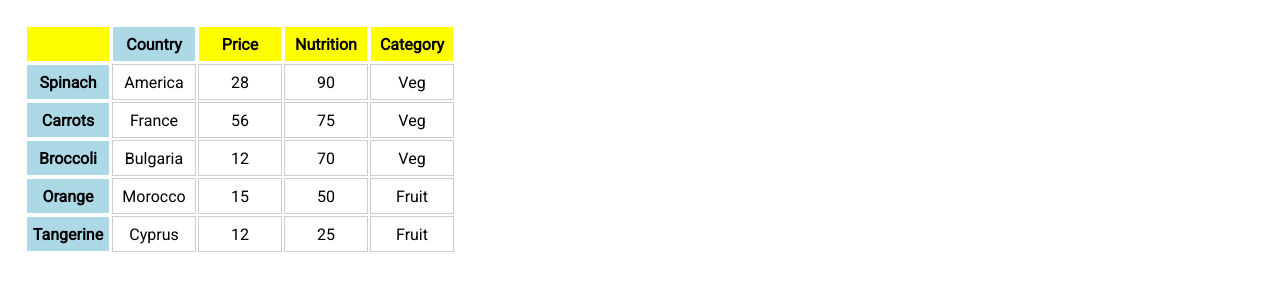
Repository: grisselfaura/table-jQuery-code-
Page: table2-challenge.html
The author's editor kept a record of every edit. The page is drawn from the files as they stood at one moment, then again after the next edit.
The browser window is 1280 px wide. The pictures show the whole page.
After loading, the first visible `th.selector` was clicked once.
Some web libraries are served in a nearby version.

Above is the page before.
Console error: TypeError: $(...).unclick is not a function

After the next edit:
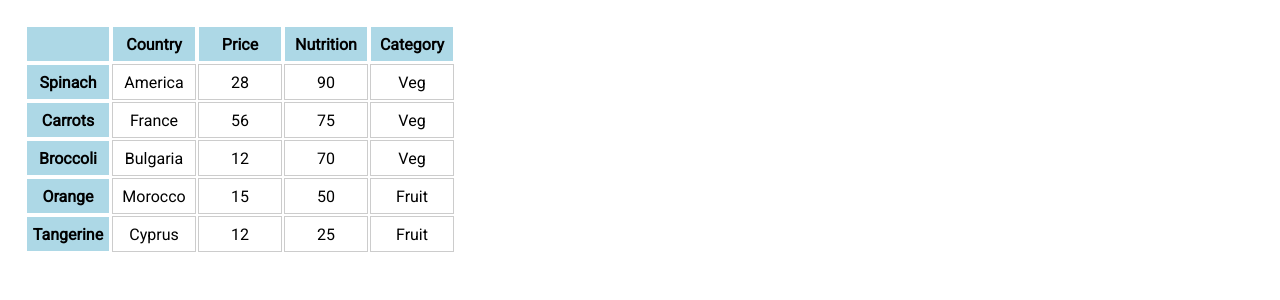
The edit:
--- a/js/myscript-challenge.js
+++ b/js/myscript-challenge.js
@@ -3,6 +3,7 @@
   $("th.selector").click(function(){
     $(this).siblings().addClass("highlight");
 
+    var unclick = $(this).siblings().removeClass("highlight");
    });
    //the corresponding row should highlight, and all others should turn white.
     $("th.selector").unclick(function(){
